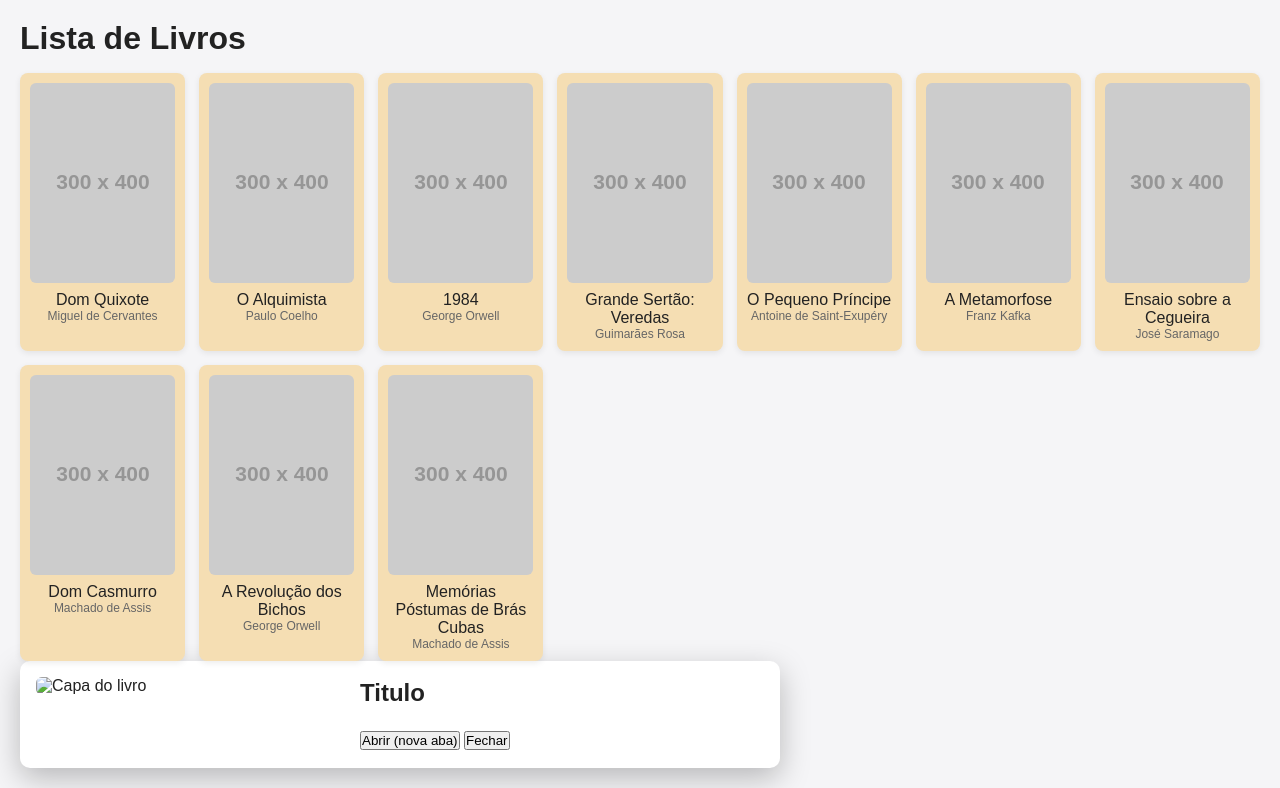
Repository: cleytonds/Biblioteca
Page: templates/lista_livros.HTML
The author's editor kept a copy of each file at every save. The page is drawn from the files as they stood at one save, then again after the next save.
The browser window is 1280 px wide. The pictures show the whole page.

Above is the page before, as saved 2025-11-15 11:55:11.

### templates/lista_livros.HTML
<!DOCTYPE html>
<html lang="en">
<head>
    <meta charset="UTF-8">
    <meta name="viewport" content="width=device-width, initial-scale=1.0">
    <link rel="stylesheet" href="/Static/lista_de_livros.css">
    <title>Document</title>
</head>
<body>
    <h1>Lista de Livros</h1>

    <div class="books-grid" id="booksGrid">
    <!-- Cada .book tem data-attributes com infos que o JS usa -->
        <div class="book" data-title="Dom Quixote" data-author="Miguel de Cervantes" data-desc="Clássico da literatura espanhola. Acompanhe as aventuras de Dom Quixote e Sancho Pança." data-img="https://via.placeholder.com/300x400?text=Dom+Quixote" data-link="https://pt.wikipedia.org/wiki/Dom_Quixote">
        <img src="https://via.placeholder.com/300x400?text=Dom+Quixote" alt="Capa Dom Quixote">
        <div class="title">Dom Quixote</div>
        <div class="author">Miguel de Cervantes</div>
        </div>

        <div class="book" data-title="O Alquimista" data-author="Paulo Coelho" data-desc="Romance sobre a busca dos sonhos e do sentido da vida." data-img="https://via.placeholder.com/300x400?text=O+Alquimista" data-link="https://pt.wikipedia.org/wiki/O_Alquimista">
        <img src="https://via.placeholder.com/300x400?text=O+Alquimista" alt="Capa O Alquimista">
        <div class="title">O Alquimista</div>
        <div class="author">Paulo Coelho</div>
        </div>

        <div class="book" data-title="1984" data-author="George Orwell" data-desc="Distopia clássica que fala sobre vigilância, propaganda e totalitarismo." data-img="https://via.placeholder.com/300x400?text=1984" data-link="https://pt.wikipedia.org/wiki/1984_(romance)">
        <img src="https://via.placeholder.com/300x400?text=1984" alt="Capa 1984">
        <div class="title">1984</div>
        <div class="author">George Orwell</div>
        </div>

        <div class="book" data-title="Grande Sertão: Veredas" data-author="Guimarães Rosa" data-desc="Romance modernista brasileiro, com linguagem única e profunda." data-img="https://via.placeholder.com/300x400?text=Grande+Sert%C3%A3o" data-link="https://pt.wikipedia.org/wiki/Grande_Sert%C3%A3o:_Veredas">
        <img src="https://via.placeholder.com/300x400?text=Grande+Sert%C3%A3o" alt="Capa Grande Sertão">
        <div class="title">Grande Sertão: Veredas</div>
        <div class="author">Guimarães Rosa</div>
        </div>

        <div class="book" data-title="O Pequeno Príncipe" data-author="Antoine de Saint-Exupéry" data-desc="Fábula poética sobre amizade, amor e ver o essencial." data-img="https://via.placeholder.com/300x400?text=O+Pequeno+Pr%C3%ADncipe" data-link="https://pt.wikipedia.org/wiki/O_Pequeno_Pr%C3%ADncipe">
        <img src="https://via.placeholder.com/300x400?text=O+Pequeno+Pr%C3%ADncipe" alt="Capa O Pequeno Príncipe">
        <div class="title">O Pequeno Príncipe</div>
        <div class="author">Antoine de Saint-Exupéry</div>
        </div>

        <div class="book" data-title="A Metamorfose" data-author="Franz Kafka" data-desc="Conto sobre transformação e alienação humana." data-img="https://via.placeholder.com/300x400?text=A+Metamorfose" data-link="https://pt.wikipedia.org/wiki/A_Metamorfose">
        <img src="https://via.placeholder.com/300x400?text=A+Metamorfose" alt="Capa A Metamorfose">
        <div class="title">A Metamorfose</div>
        <div class="author">Franz Kafka</div>
        </div>

        <div class="book" data-title="Ensaio sobre a Cegueira" data-author="José Saramago" data-desc="Romance alegórico que mostra a fragilidade da sociedade." data-img="https://via.placeholder.com/300x400?text=Ensaio+sobre+a+Cegueira" data-link="https://pt.wikipedia.org/wiki/Ensaio_sobre_a_cegueira">
        <img src="https://via.placeholder.com/300x400?text=Ensaio+sobre+a+Cegueira" alt="Capa Ensaio sobre a Cegueira">
        <div class="title">Ensaio sobre a Cegueira</div>
        <div class="author">José Saramago</div>
        </div>

        <div class="book" data-title="Dom Casmurro" data-author="Machado de Assis" data-desc="Clássico brasileiro que explora ciúme e dúvida." data-img="https://via.placeholder.com/300x400?text=Dom+Casmurro" data-link="https://pt.wikipedia.org/wiki/Dom_Casmurro">
        <img src="https://via.placeholder.com/300x400?text=Dom+Casmurro" alt="Capa Dom Casmurro">
        <div class="title">Dom Casmurro</div>
        <div class="author">Machado de Assis</div>
        </div>

        <div class="book" data-title="A Revolução dos Bichos" data-author="George Orwell" data-desc="Fábula política que critica regimes totalitários." data-img="https://via.placeholder.com/300x400?text=A+Revolu%C3%A7%C3%A3o+dos+Bichos" data-link="https://pt.wikipedia.org/wiki/A_Revolu%C3%A7%C3%A3o_dos_Bichos">
        <img src="https://via.placeholder.com/300x400?text=A+Revolu%C3%A7%C3%A3o+dos+Bichos" alt="Capa A Revolução dos Bichos">
        <div class="title">A Revolução dos Bichos</div>
        <div class="author">George Orwell</div>
        </div>

        <div class="book" data-title="Memórias Póstumas de Brás Cubas" data-author="Machado de Assis" data-desc="Romance com narrador defunto e ironia refinada." data-img="https://via.placeholder.com/300x400?text=Mem%C3%B3rias+P%C3%B3stumas" data-link="https://pt.wikipedia.org/wiki/Mem%C3%B3rias_p%C3%B3stumas_de_Br%C3%A1s_Cubas">
        <img src="https://via.placeholder.com/300x400?text=Mem%C3%B3rias+P%C3%B3stumas" alt="Capa Memórias Póstumas">
        <div class="title">Memórias Póstumas de Brás Cubas</div>
        <div class="author">Machado de Assis</div>
        </div>

    </div>
    <!-- Modal (invisivel por padrão)-->
     <div class="Modal-backdrop" id="Modal-backdrop" aria-hidden="true">
        <div class="modal" role="dialog" aria-modal="true" aria-labelledby="modalTitle">
            <div class="modal-left">
                <img id="modalImg" src="" alt="Capa do livro">
            </div>
            <div class="modal-right">
                <h2 id="modal-right">Titulo</h2>
                <div id="modalAuthor" style="color:#666; font-size:14px;"></div>
                <p id="modaldesc"></p>
                <div class="actioms">
                    <button class="btn btn-primary" id="openLink">Abrir (nova aba)</button>
                    <button class="btn btn-close" id="closeModal">Fechar</button>
                </div>
            </div>
        </div>
     </div>
</body>
</html>

### Static/lista_de_livros.css
/*reset simples*/
*{
    box-sizing:border-box;
    margin: 0;
    padding: 0;
    font-family: Arial, sans-serif;
}
body{
    padding: 20px;
    background: #f5f5f7;
    color: #222;

}
h1{
    margin-bottom: 16px;

}
/*grid dos livros*/
.books-grid{
    display: grid;
    grid-template-columns: repeat(auto-fill, minmax(160px,1fr));
    gap: 14px;
}
.book {
    background: wheat;
    border-radius: 8px;
    padding: 10px;
    box-shadow: 0 2px 6px rgba(0,0,0,0.08);
    cursor: pointer;
    display: flex;
    flex-direction: column;
    align-items: center;
    text-align: center;
    transition: transform .12s ease, box-shadow .12s;

}
.book:hover{
    transform: translateY(-4pc);
    box-shadow: 0 6px 18px rgba(0,0,0,0.15);
}
.book img{
    width: 100%;
    height: 200px;
    object-fit: cover;
    border-radius: 6px;
    margin-bottom: 8px;

}
.book . title {
    font-weight:700 ;
    font-size: 14px;
    margin-bottom: 6px;

}
.book .author {
    font-size: 12px; color: #666;

}
/* modal*/
.modal-backdrop {
    position: fixed;
    inset: 0;
    background: rgba(0,0,0,0.45);
    display: none;
    align-items: center;
    justify-content: center;
    padding: 20px;
}
.modal {
    width: 100%;
    max-width: 760px;
    background: #fff;
    border-radius: 10px;
    overflow: hidden;
    display: flex;
    gap: 18px;
    box-shadow: 0 10px 30px rgba(0,0,0,0.25);
}
.modal-left {width: 40%; min-width: 200px; padding: 16px;}
.modal-left img { width: 100%; height: auto; border-radius: 6px; display: block;}
.modal-right { padding: 18px; flex: 1; display: flex; flex-direction: column; gap: 8px;}
.modal h2 { margin-top: 0;}
.modal p { color: #333; line-height: 1.4;}
.modal .actions {margin-top: auto; display: flex; gap: 8px; }
.bnt {
    padding: 8px 12px;
    border-radius: 6px;
    border: none;
    cursor: pointer;
    font-weight: 600;
}

After the next save:
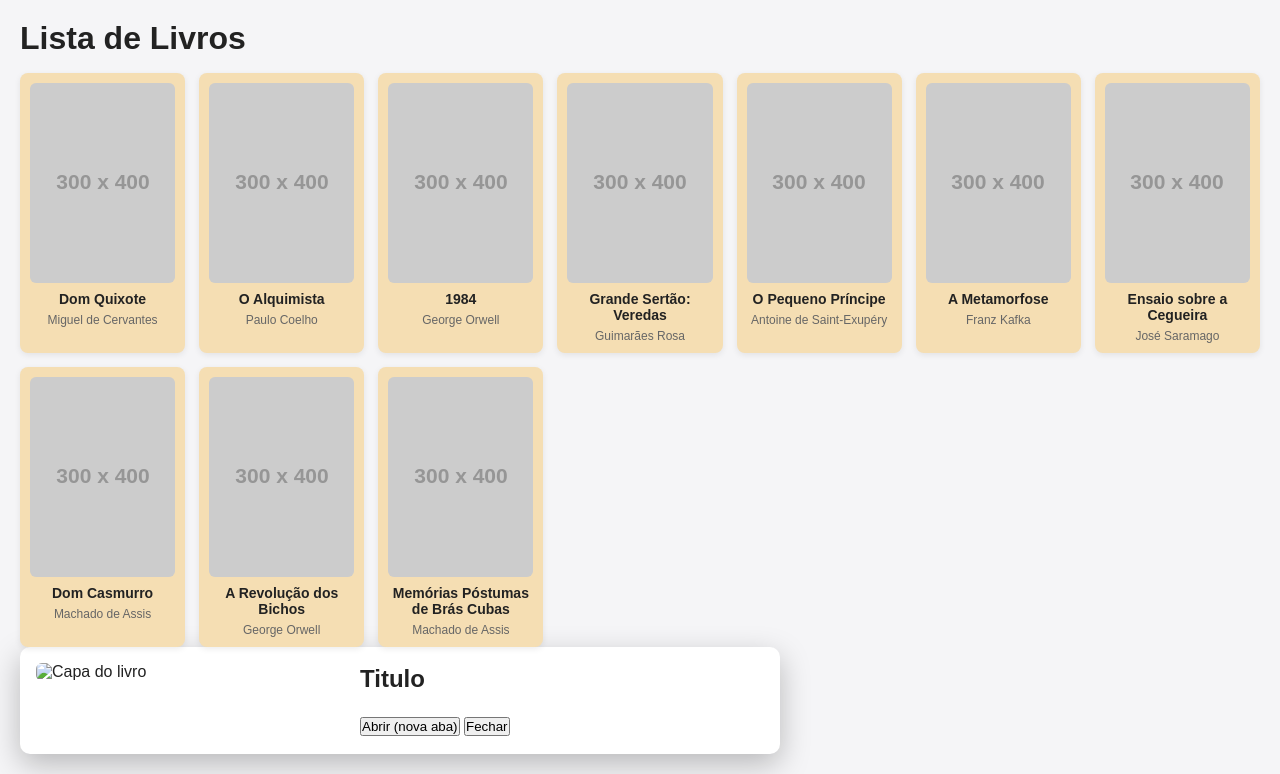
Saved 10 s later.
--- a/Static/lista_de_livros.css
+++ b/Static/lista_de_livros.css
@@ -46,7 +46,7 @@
     margin-bottom: 8px;
 
 }
-.book . title {
+.book .title {
     font-weight:700 ;
     font-size: 14px;
     margin-bottom: 6px;
